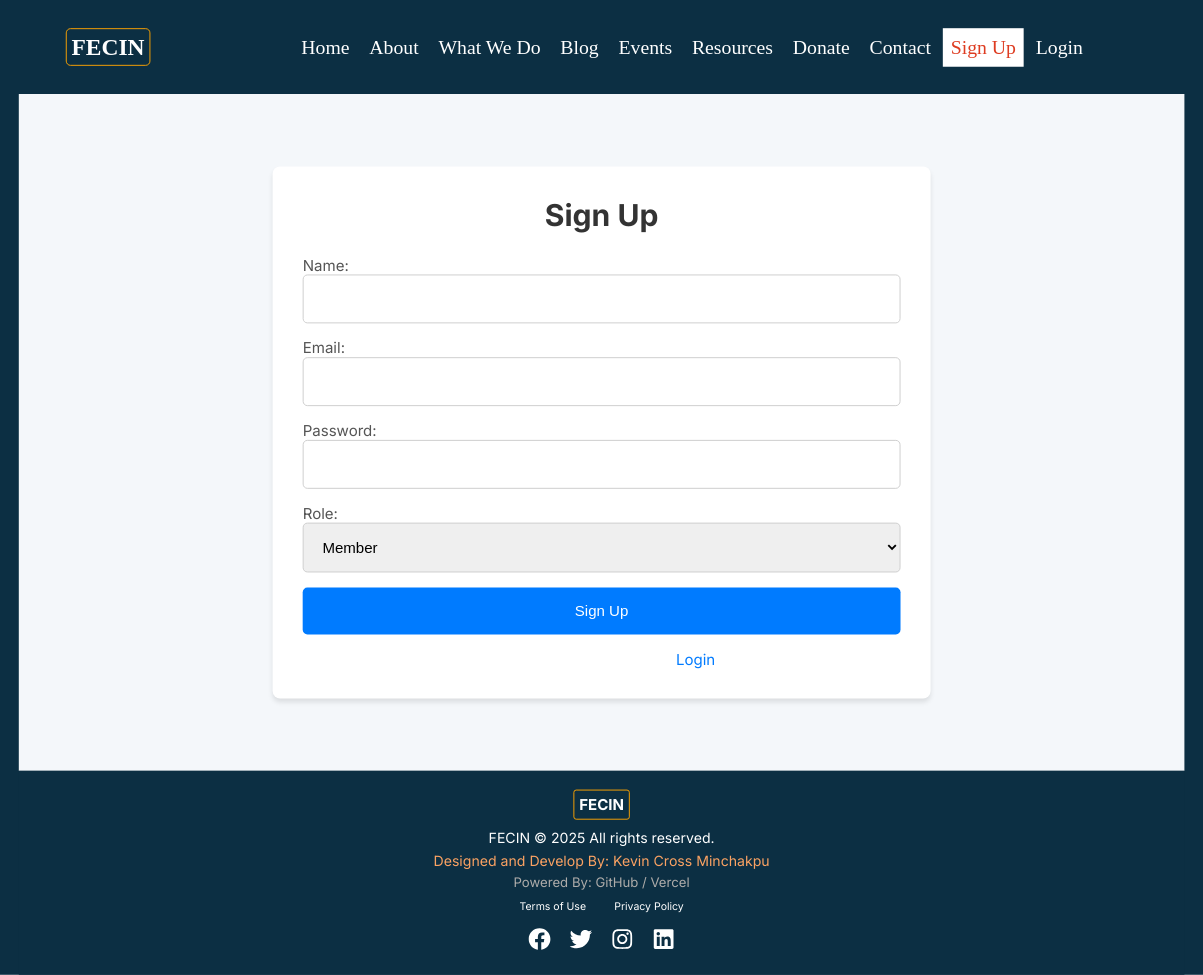
Repository: KCMinchakpu/fecin-projectgs497
Page: /signup
These files come from the project's save history. The page is drawn as it stood at one moment and after the next save; the edit follows.
The browser window is 1280 px wide. The pictures show the whole page, at 94% of full size.
The page's requests for data from a server got no answer. The project was rebuilt for these pictures with package versions that can differ from the ones it lists, and the page was loaded fresh each time. The framework's server and built-in components were replaced by stand-ins that run in the browser. No one was signed in, and anything a server would have sent is missing. Also part of the build but not shown: next.config.mjs.

Above is the page before, as saved 2025-04-12 17:51:49.

### src/app/layout.js
"use client";

import { Inter } from "next/font/google";
import "./globals.css";
import Navbar from "@/components/navbar/Navbar";
import Footer from "@/components/footer/Footer";
import { SessionProvider } from "next-auth/react"; // Import SessionProvider

const inter = Inter({ subsets: ["latin"] });

export default function RootLayout({ children }) {
  return (
    <html lang="en">
      <body className={inter.className}>
        <SessionProvider>
          <div className="container">
            <Navbar />
            {children}
            <Footer />
          </div>
        </SessionProvider>
      </body>
    </html>
  );
}

### src/app/signup/page.jsx
'use client';

import { useState } from 'react';
import { useRouter } from 'next/navigation';
import styles from './signup.module.css';

export default function SignupPage() {
  const [name, setName] = useState('');
  const [email, setEmail] = useState('');
  const [password, setPassword] = useState('');
  const [role, setRole] = useState('member');
  const [error, setError] = useState(null);
  const router = useRouter();

  const handleSubmit = async (e) => {
    e.preventDefault();

    const response = await fetch('/api/auth/signup', {
      method: 'POST',
      headers: { 'Content-Type': 'application/json' },
      body: JSON.stringify({ name, email, password, role }),
    });

    const data = await response.json();

    if (response.ok) {
      router.push('/login');
    } else {
      setError(data.message);
    }
  };

  return (
    <div className={styles['signup-container']}>
      <form onSubmit={handleSubmit} className={styles.form}>
        <h2 className={styles.title}>Sign Up</h2>
        {error && <p className={styles.error}>{error}</p>}

        <div>
          <label htmlFor="name" className={styles.label}>Name:</label>
          <input
            type="text"
            id="name"
            value={name}
            onChange={(e) => setName(e.target.value)}
            required
            className={styles.input}
          />
        </div>

        <div>
          <label htmlFor="email" className={styles.label}>Email:</label>
          <input
            type="email"
            id="email"
            value={email}
            onChange={(e) => setEmail(e.target.value)}
            required
            className={styles.input}
          />
        </div>

        <div>
          <label htmlFor="password" className={styles.label}>Password:</label>
          <input
            type="password"
            id="password"
            value={password}
            onChange={(e) => setPassword(e.target.value)}
            required
            className={styles.input}
          />
        </div>

        {/* Role selection */}
        <div>
          <label htmlFor="role" className={styles.label}>Role:</label>
          <select
            id="role"
            value={role}
            onChange={(e) => setRole(e.target.value)}
            className={styles.select}
          >
            <option value="member">Member</option>
            <option value="editor">Editor</option>
            <option value="admin">Admin</option>
          </select>
        </div>

        <button type="submit" className={styles.button}>Sign Up</button>

        <div className={styles.link}>
          <span>Already have an account? <a href="/login">Login</a></span>
        </div>
      </form>
    </div>
  );
}

### src/app/globals.css
:root {
    --bg: #0c2f43;
    --text: white;
    --bgSoft: #091f2c;
    --textSoft: rgb(237, 232, 232);
    --btn: #de3c21;
    --bgWhite: white;
    --textGray: #444444;
}

/* Box sizing rules */
* {
    box-sizing: border-box;
    margin:0;
    padding: 0;
  }

/* Set core body defaults */
body {
    background-color: var(--bgWhite);
    color: var(--text);
  }

a {
    color: inherit;
    text-decoration: none;
}

.container {
  background-color: var(--bg);
  width: 100%; /* Default for small screens */
  margin: auto;
  padding-left: 20px;
  padding-right: 20px;
  min-height: 120vh;
  display: flex;
  flex-direction: column;
  justify-content: space-between;
}

.callnana {
    background-color: var(--bgWhite);
    color: var(--textGray);
    padding: 20px;
    border-radius: 8px;
    box-shadow: 0 4px 8px rgba(0, 0, 0, 0.1);
    margin-bottom: 20px;
    width: 400px;
    height: 200px;
    align-items: center;
    justify-items: center;
}

### src/components/navbar/Navbar.jsx
import React from 'react';
import Link from 'next/link';
import Links from "./links/Links";
import styles from "./navbar.module.css";

const Navbar = () => {
  return (
    <div className={styles.container}>
      <Link href="/" className={styles.logo}>FECIN</Link>
      <div>
        <Links />
      </div>
    </div>
  );
};

export default Navbar;

### src/components/footer/Footer.jsx
import React from 'react';
import styles from './footer.module.css';
import { FaFacebook, FaTwitter, FaInstagram, FaLinkedin } from 'react-icons/fa';

const Footer = () => {
  return (
    <div className={styles.container}>
      <div className={styles.logo}>
        {/* You can add a logo image here if needed */}
        <h2>FECIN</h2>
      </div>
      <div>
        <p className={styles.text}>FECIN © 2025 All rights reserved.</p>
        <p className={styles.author}>
          <a href="https://www.linkedin.com/in/kevin-cross-minchakpu-7897379a" target="_blank">Designed and Develop By: Kevin Cross Minchakpu</a>
          </p>
        <p className={styles.company}>
          <a href="https://octatesystems.github.io/OSNigeria/">Powered By: GitHub / Vercel</a>
          </p>
      </div>
      <div className={styles.links}>
        <a href="/terms" className={styles.link}>Terms of Use</a>
        <a href="/privacy" className={styles.link}>Privacy Policy</a>
      </div>
      <div className={styles.socialIcons}>
        <a href="https://facebook.com" target="_blank" rel="noopener noreferrer" className={styles.icon}>
          <FaFacebook />
        </a>
        <a href="https://twitter.com" target="_blank" rel="noopener noreferrer" className={styles.icon}>
          <FaTwitter />
        </a>
        <a href="https://instagram.com" target="_blank" rel="noopener noreferrer" className={styles.icon}>
          <FaInstagram />
        </a>
        <a href="https://linkedin.com" target="_blank" rel="noopener noreferrer" className={styles.icon}>
          <FaLinkedin />
        </a>
      </div>
    </div>
  );
};

export default Footer;

### src/app/signup/signup.module.css

.signup-container {
    width: 100%;
    height: 100vh;
    display: flex;
    justify-content: center;
    align-items: center;
    background-color: #f4f7fa;
  }

  .form {
    width: 100%;
    max-width: 700px;
    background-color: white;
    padding: 2rem;
    border-radius: 8px;
    box-shadow: 0 4px 6px rgba(0, 0, 0, 0.1);
  }

  .title {
    text-align: center;
    font-size: 2rem;
    margin-bottom: 1.5rem;
    color: #333;
  }

  .label {
    font-size: 1rem;
    color: #555;
    margin-bottom: 0.5rem;
  }

  .input {
    width: 100%;
    padding: 1rem;
    font-size: 1rem;
    border: 1px solid #ccc;
    border-radius: 5px;
    outline: none;
    margin-bottom: 1rem;
  }

  .input:focus {
    border-color: #007bff;
  }

  .select {
    width: 100%;
    padding: 1rem;
    font-size: 1rem;
    border: 1px solid #ccc;
    border-radius: 5px;
    outline: none;
    margin-bottom: 1rem;
  }

  .button {
    width: 100%;
    padding: 1rem;
    background-color: #007bff;
    color: white;
    font-size: 1rem;
    border: none;
    border-radius: 5px;
    cursor: pointer;
    transition: background-color 0.3s ease;
  }

  .button:hover {
    background-color: #0056b3;
  }

  .error {
    color: red;
    font-size: 0.9rem;
    text-align: center;
    margin-bottom: 1rem;
  }

  .link {
    display: block;
    text-align: center;
    margin-top: 1rem;
    font-size: 1rem;
  }

  .link a {
    color: #007bff;
    text-decoration: none;
  }

  .link a:hover {
    text-decoration: underline;
  }

### src/components/navbar/links/Links.jsx
"use client";

import React, { useState } from "react";
import { useSession } from "next-auth/react";
import Image from 'next/image';
import NavLink from "../navLink/NavLink";
import styles from "./links.module.css";

const links = [
  { title: "Home", path: "/" },
  { title: "About", path: "/about" },
  { title: "What We Do", path: "/whatwedo" },
  { title: "Blog", path: "/blog" },
  { title: "Events", path: "/upcoming-events" },
  { title: "Resources", path: "/resources" },
  { title: "Donate", path: "/donate" },
  { title: "Contact", path: "/contact" },
  { title: "Sign Up", path: "/signup" },
  ];

const Links = () => {
  const [open, setOpen] = useState(false);
  const { data: session, status } = useSession();

  const isAdmin = session?.user?.role === "admin";

  return (
    <div className={styles.container}>
      <div className={styles.links}>
        {links.map((link) => (
          <NavLink item={link} key={link.title} />
        ))}

        {!session && status !== "loading" && (
          <NavLink item={{ title: "Login", path: "/login" }} />
        )}

        {session && isAdmin && (
          <NavLink item={{ title: "Admin", path: "/admin" }} />
        )}

        {session && (
          <form method="post" action="/api/auth/signout">
            <button className={styles.logout}>Logout</button>
          </form>
        )}
      </div>

      <Image
        className={styles.menuButton}
        src="/menu.png"
        alt="Hamburger menu"
        width={30}
        height={30}
        onClick={() => setOpen((prev) => !prev)}
      />

      {open && (
        <div className={styles.mobileLinks}>
          {links.map((link) => (
            <NavLink item={link} key={link.title} />
          ))}
        </div>
      )}
    </div>
  );
};

export default Links;

### src/components/navbar/navbar.module.css
.container {
    height: 100px;
    display: flex;
    align-items: center;
    justify-content: space-between;
}

.logo {
    font-size: 25px;
    font-weight: bold;
    font-family: "Play", serif;
    font-weight: 700;
    font-style: normal;
    border: 1.5px solid orange;
    padding: 5px;
    border-radius: 5px;
    margin-left: 50px;
}

### src/components/footer/footer.module.css
/* Footer Container */
.container {
    background-color: var(--bg);
    color: white;
    display: flex;
    flex-direction: column;
    align-items: center;
    justify-content: space-between;
    padding: 20px;
    text-align: center;
  }

  .logo h2 {
    font-size: 1rem;
    margin-bottom: 10px;
    border: 1px solid orange;
    padding: 5px;
    border-radius: 3px;
  }

  .text {
    margin-bottom: 5px;
    font-size: 15px;

  }
  .author {
    margin-bottom: 5px;
    font-size: 15px;
    color: rgb(250, 162, 99);
  }

  .company {
    margin-bottom: 5px;
    font-size: 14px;
    color: rgb(174, 172, 170);
  }

  .author:hover {
    text-decoration: underline;
  }

  .company:hover {
    text-decoration: underline;
  }

  .links {
    margin-bottom: 15px;
  }

  .link {
    color: white;
    margin: 0 15px;
    text-decoration: none;
    font-size: 0.7rem;
  }

  .link:hover {
    text-decoration: underline;
  }

  .socialIcons {
    display: flex;
    justify-content: center;
    gap: 20px;
  }

  .icon {
    font-size: 1.5rem;
    color: white;
    transition: color 0.3s ease;
  }

  .icon:hover {
    color: #0070f3;
  }


  @media (min-width: 768px) {
    .container {
      flex-direction: column;
      align-items: center;
      justify-content: space-around;
    }
  }

### src/components/navbar/navLink/navLink.jsx
"use client";

import React from "react";
import Link from "next/link";
import { usePathname } from "next/navigation";
import styles from "./navLink.module.css";

const NavLink = ({ item }) => {
  const pathName = usePathname();
  return (
    <Link
      href={item.path}
      className={`${styles.container} ${
        pathName === item.path ? styles.active : ""
      }`}
    >
      {item.title}
    </Link>
  );
};

export default NavLink;

### src/components/navbar/links/links.module.css
.links {
    display: flex;
    align-items: center;
    gap: 5px;
    font-family: "Play", serif;
    font-style: normal;
    margin-right: 100px;
    font-size: 21px;
}

.logout {
    padding: 5px;
    cursor: pointer;
    font-weight: bold;
    font-size: 15px;
}

.menuButton,
.mobileLinks {
   display: none;
  }

  @media (max-width: 480px){
    .links {
        display: none;
    }

    .menuButton {
        display: block;
        cursor: pointer;
      }

    .mobileLinks {
        position: absolute;
        top: 100px;
        right: 0;
        width: 50%;
        height: calc(100vh-100px);
        /*background-color: var(--bg);*/
       background-color: brown;
        display: flex;
        flex-direction: column;
        align-items: center;
        justify-content: center;
        gap: 10px;
      }
  }

### src/components/navbar/navLink/navLink.module.css
.container {
    padding: 8px;
    text-align: center;


}

.active {
    background-color: var(--text);
    color: var(--btn);
}

After the next save:
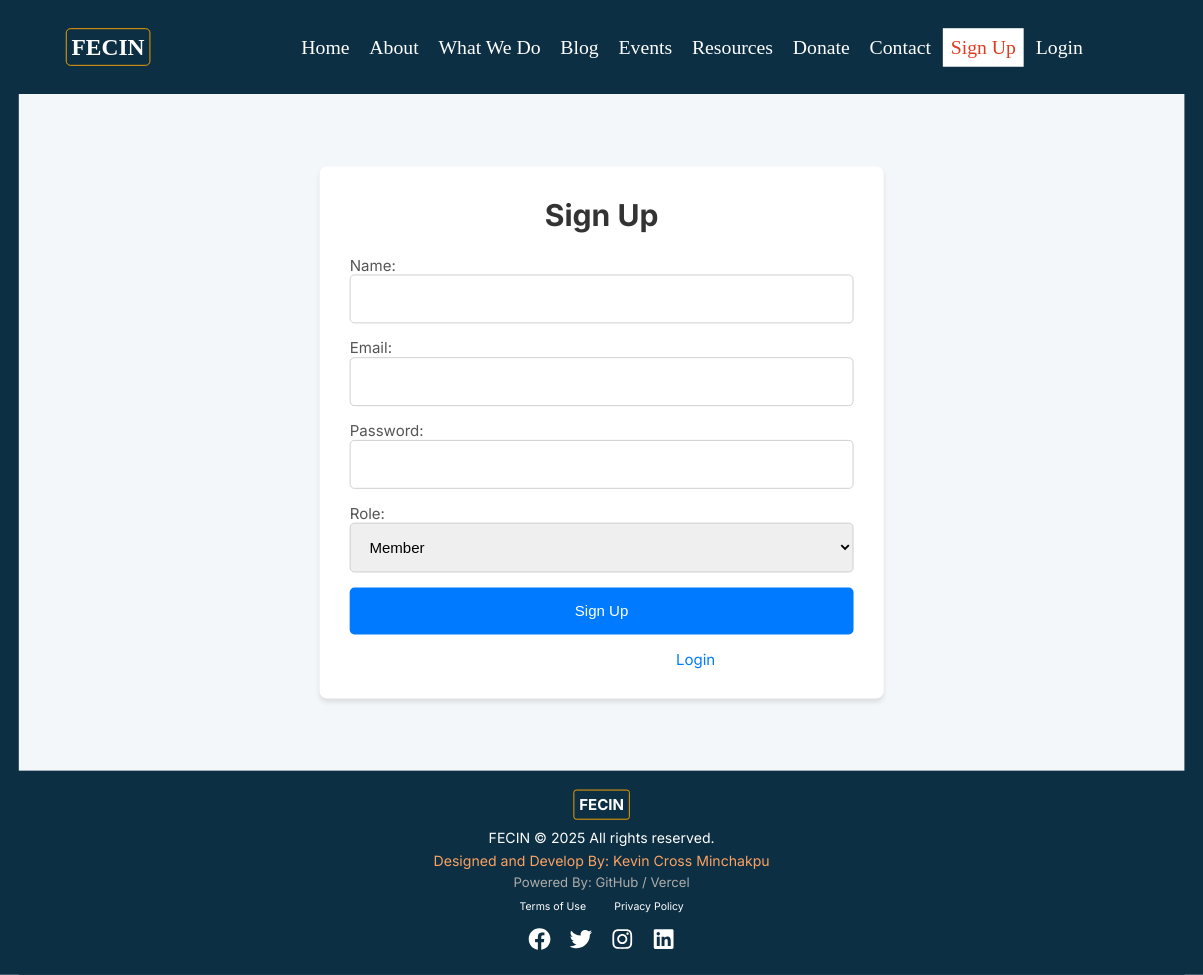
Saved 31 s later.
--- a/src/app/signup/signup.module.css
+++ b/src/app/signup/signup.module.css
@@ -10,7 +10,7 @@
 
   .form {
     width: 100%;
-    max-width: 700px;
+    max-width: 600px;
     background-color: white;
     padding: 2rem;
     border-radius: 8px;
